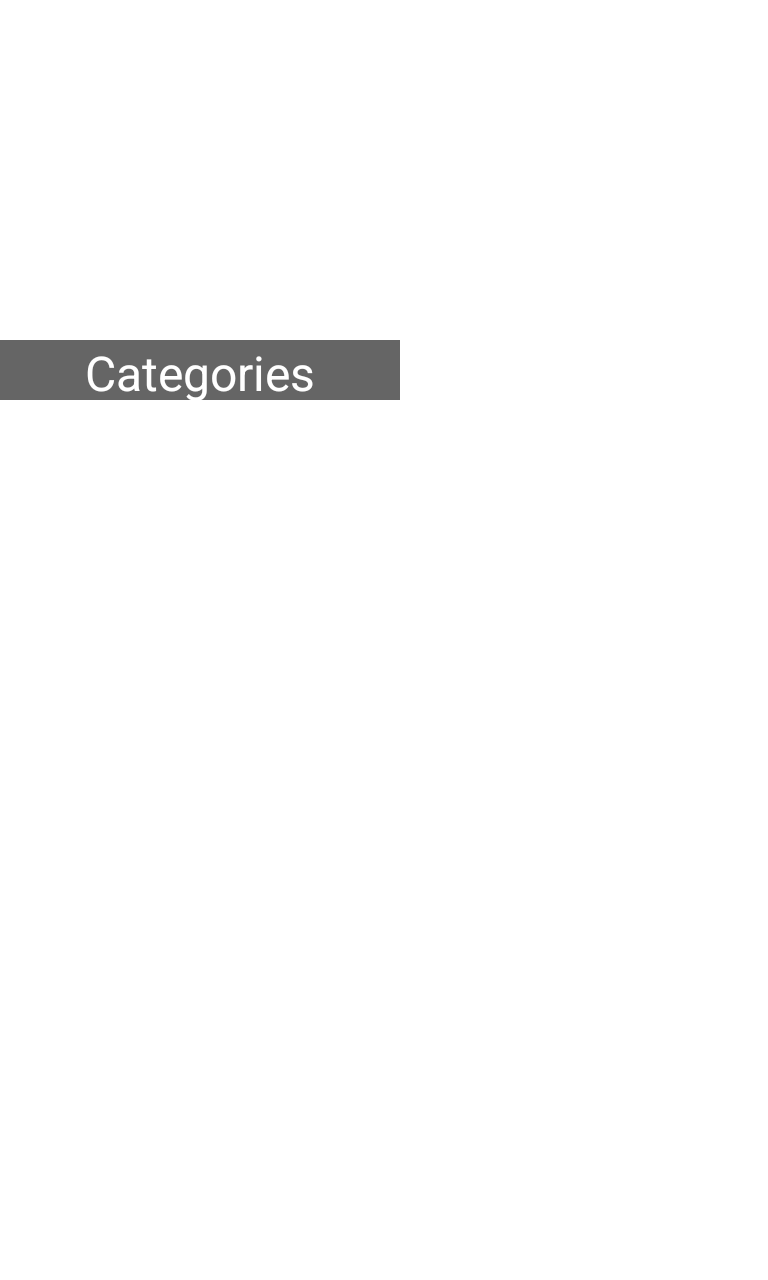
Repository: Harshil737/Career-Launcher
Layout: CareerLauncher/res/layout/item_quiz.xml
An editor plug-in stored every save of this project. The layout is shown before and after the next save, followed by the edit.
It is drawn on a 768 x 1280 px phone screen (xhdpi) without system bars, with theme AppTheme; the app's code is not run. The app's manifest (not shown) leaves right-to-left support off. So textAlignment, textDirection and layoutDirection are ignored, and left and right values win over start and end ones.

Above is the layout before, as saved 2017-11-04 14:28:09.

After the next save:
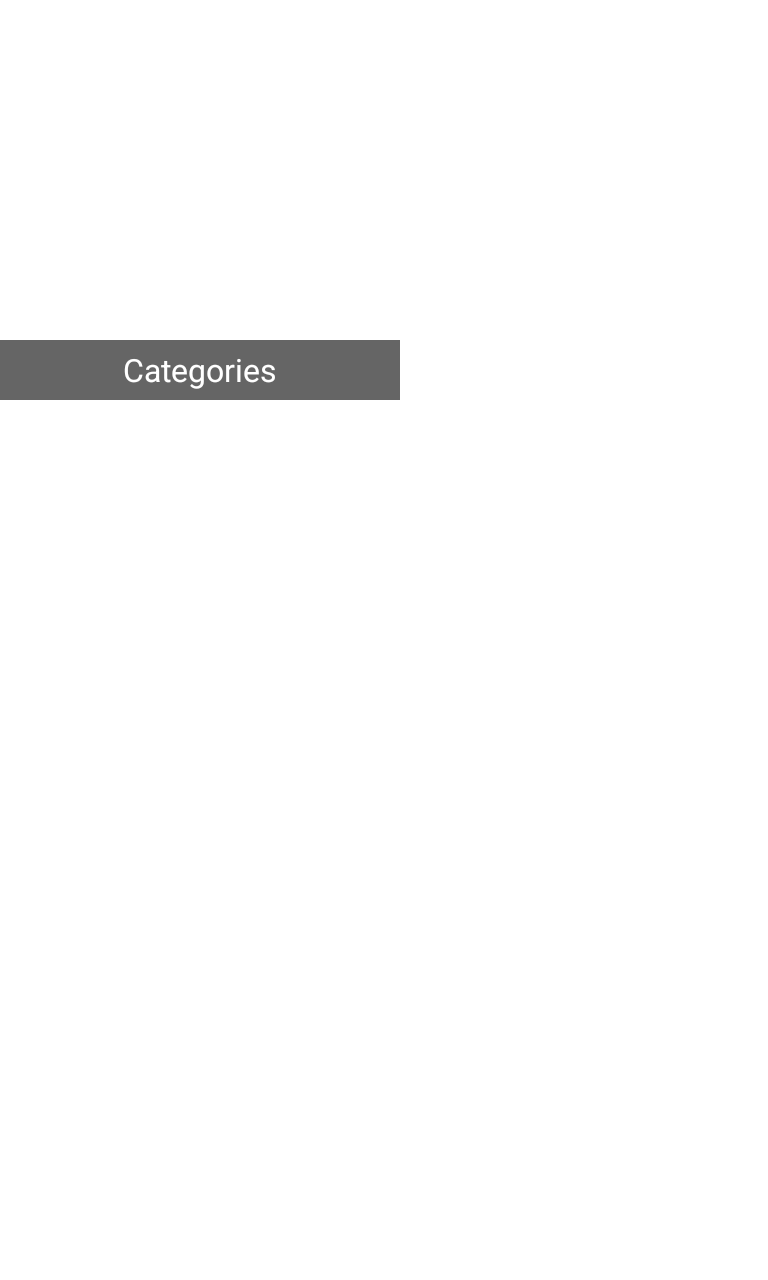
Saved 5 s later.
--- a/CareerLauncher/res/layout/item_quiz.xml
+++ b/CareerLauncher/res/layout/item_quiz.xml
@@ -35,7 +35,7 @@
             android:maxLines="1"
             android:text="Categories"
             android:textColor="@android:color/white"
-            android:textSize="24sp" />
+            android:textSize="16sp" />
     </RelativeLayout>
 
 </RelativeLayout>
